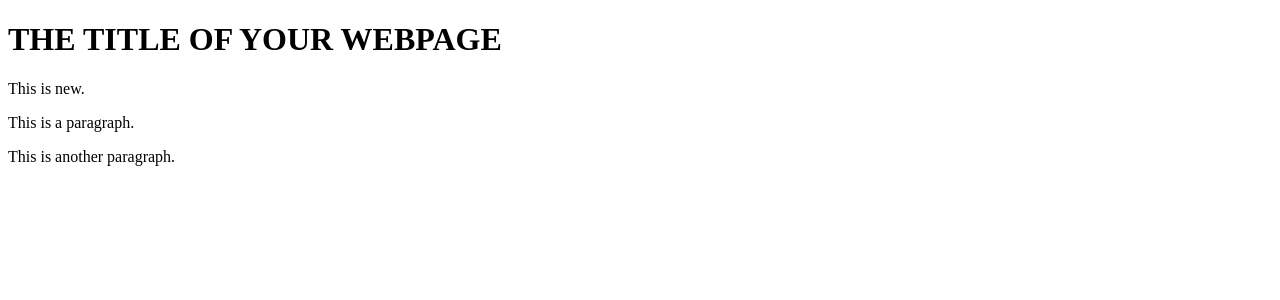
Repository: jnguyen113/DOM-Manipulation
Page: index.html
These files come from the project's save history. The page is drawn as it stood at one moment and after the next save; the edit follows.
The browser window is 1280 px wide. The pictures show the whole page.

Above is the page before, as saved 2020-06-11 19:18:28.

After the next save:
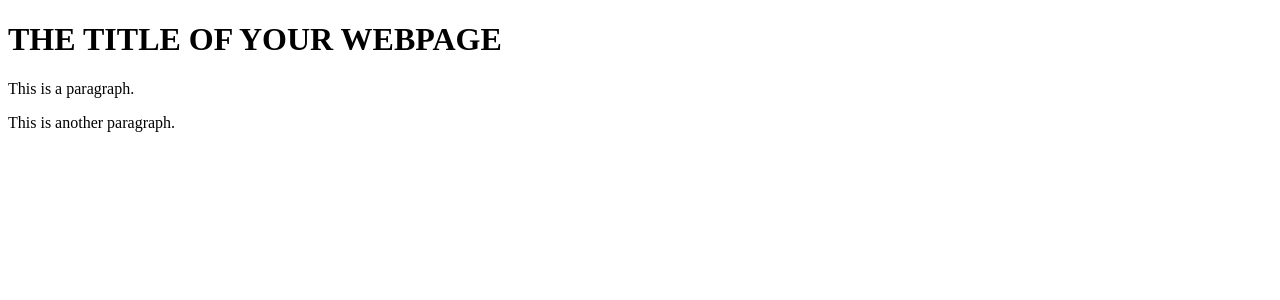
Saved 27 s later.
--- a/index.html
+++ b/index.html
@@ -16,7 +16,7 @@
 
           var element = document.getElementById("div1");
           var child = document.getElementById("p1");
-          element.insertBefore(para, child);
+
           </script>
 
         <div id="container">

After the save that followed:
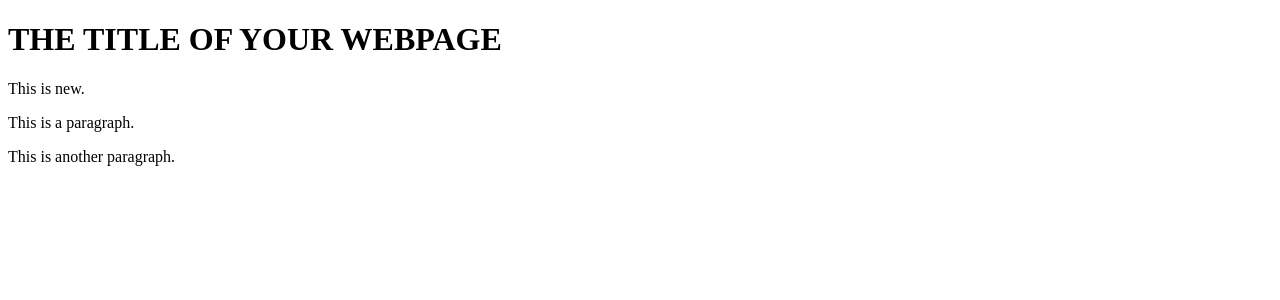
Saved 6 s later.
--- a/index.html
+++ b/index.html
@@ -16,7 +16,7 @@
 
           var element = document.getElementById("div1");
           var child = document.getElementById("p1");
-
+          element.insertBefore(para, child);
           </script>
 
         <div id="container">
